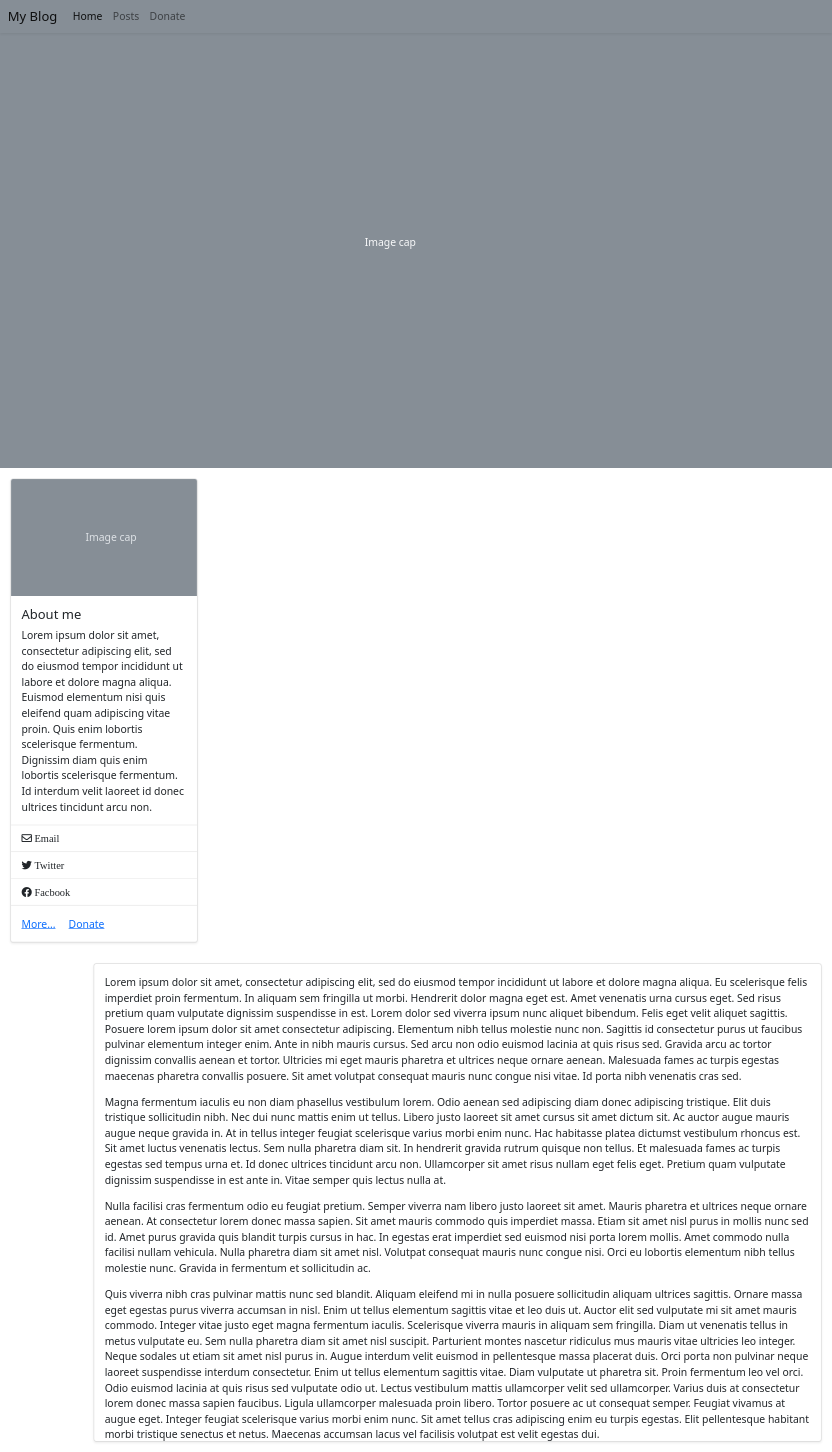
Repository: LublubXT/Azi-Tec-Team
Page: views/templates/blogs/personalblog/home.html
An editor plug-in stored every save of this project. The page is shown before and after a run of saves, followed by the edit.
The browser window is 1280 px wide. The pictures show the whole page, at 65% of full size.

Above is the page before, as saved 2021-03-11 09:16:02.

After the next 3 saves:
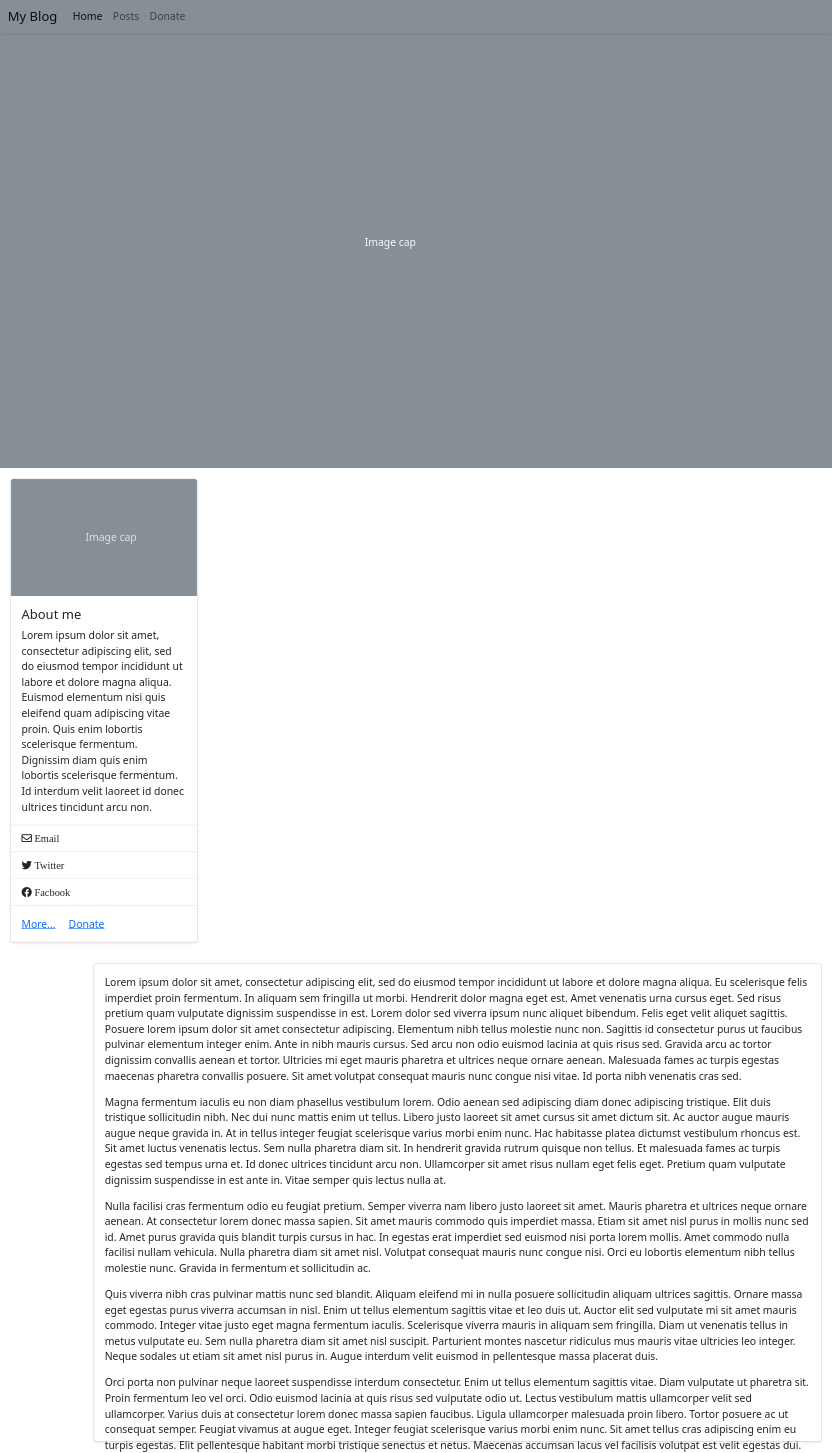
The 3 saves are shown as one change because they came seconds apart.
The last was saved 10 s later.
--- a/views/templates/blogs/personalblog/home.html
+++ b/views/templates/blogs/personalblog/home.html
@@ -128,7 +128,8 @@
                     diam sit amet nisl suscipit. Parturient montes nascetur ridiculus mus mauris vitae ultricies leo
                     integer. Neque sodales
                     ut etiam sit amet nisl purus in. Augue interdum velit euismod in pellentesque massa placerat duis.
-
+                </p>
+                <p class="text-dark">
                     Orci porta non pulvinar neque laoreet suspendisse interdum consectetur. Enim ut tellus elementum
                     sagittis vitae. Diam
                     vulputate ut pharetra sit. Proin fermentum leo vel orci. Odio euismod lacinia at quis risus sed
